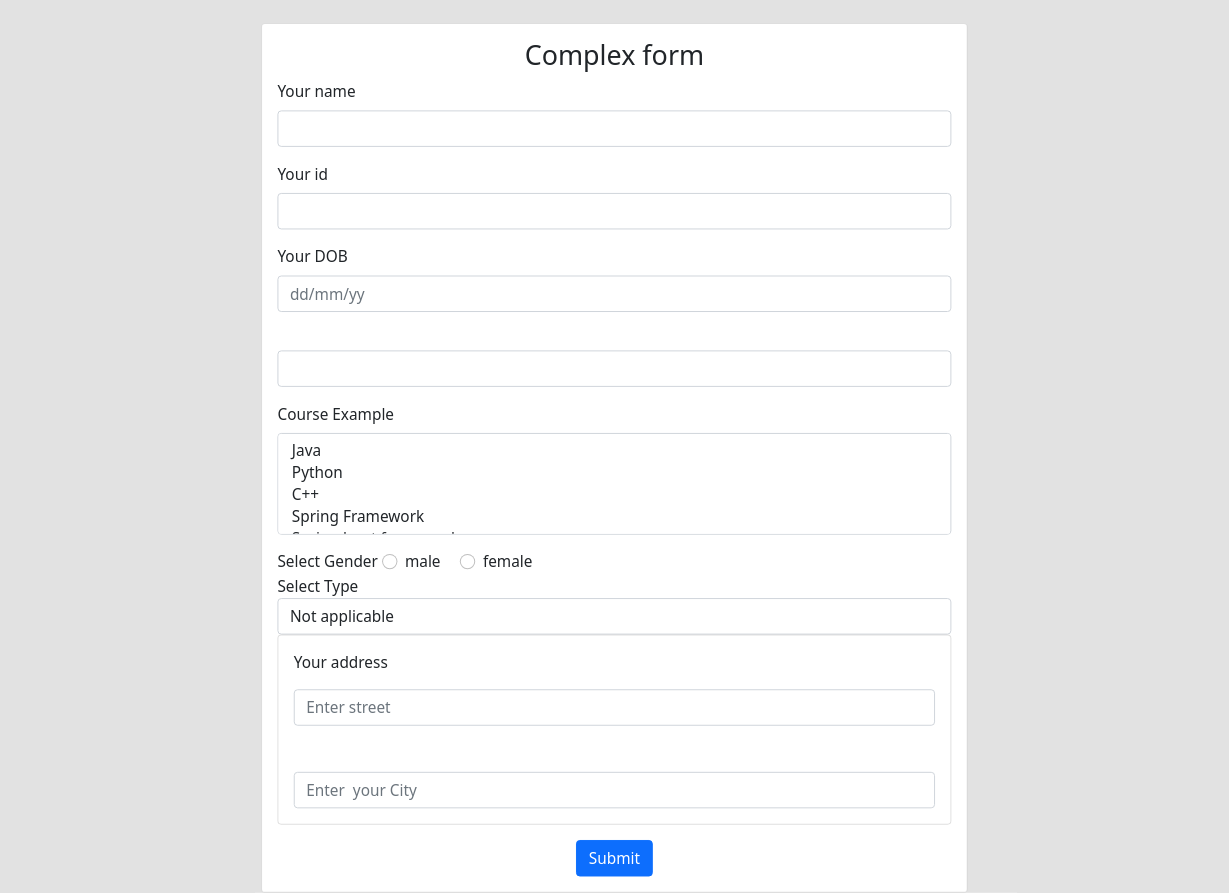
Repository: himanshurai26/Spring-Framewrok-code-
Page: http://localhost/SpringMvcSearch/WEB-INF/views/complex-form.jsp
An editor plug-in stored every save of this project. The page is shown before and after the next save, followed by the edit.
The browser window is 1280 px wide. The pictures show the whole page, at 96% of full size.
The page is served by Tomcat 9. Nobody is signed in. Other server files are loaded and not shown. The template is opened directly, without the code that normally fills it, so the values that code supplies are empty.

Above is the page before, as saved 2023-07-28 18:13:40.

### SpringMVC/SpringMvcSearch/src/main/webapp/WEB-INF/views/complex-form.jsp
<!doctype html>
<html lang="en">
  <head>
    <!-- Required meta tags -->
    <meta charset="utf-8">
    <meta name="viewport" content="width=device-width, initial-scale=1">

    <!-- Bootstrap CSS -->
    <link href="https://cdn.jsdelivr.net/npm/bootstrap@5.0.2/dist/css/bootstrap.min.css" rel="stylesheet" integrity="sha384-EVSTQN3/azprG1Anm3QDgpJLIm9Nao0Yz1ztcQTwFspd3yD65VohhpuuCOmLASjC" crossorigin="anonymous">

    <title>Complex form</title>
  </head>
  <body class="" style="background: #e2e2e2;">

   <div class="container mt-4">

   <div class="row">
   <div class="col-md-8 offset-md-2">
   <div class="card">
   <div class="card-body">
   <h3 class="text-center">Complex form</h3>
   <form action="handleform" method="post" >

   <div class="form-group">

  <div class="mb-3">
    <label for="exampleInputEmail1" class="form-label">Your name</label>
    <input type="text" class="form-control" id="exampleInputEmail1" name="name" aria-describedby="emailHelp">
    </div>

  <div class="mb-3">
    <label for="exampleInputId" class="form-label">Your id</label>
    <input type="text" class="form-control" id="exampleInputPassword1" name="id">
  </div>

  <div class="mb-3">
    <label for="exampleInputEmail1" class="form-label">Your DOB</label>
    <input type="text" class="form-control" id="exampleInputEmail1" name="date"  placeholder="dd/mm/yy" aria-describedby="emailHelp">
    </div>

   <div class="mb-3">
    <label for="exampleInputEmail1" class="form-label"></label>
    <input type="email" class="form-control" id="exampleInputEmail1" name="name" aria-describedby="emailHelp">
    </div>

    <div class="mb-3">
    <label for="formcontrolselect1" class="form-label">Course Example</label>
    <select
    class="form-control" id="exampleInputEmail1" name="subjects"  multiple>
 <option>Java</option>
 <option>Python</option>
 <option>C++</option>
 <option>Spring Framework</option>
 <option>Spring boot framework</option>
 <option>Jsp</option>
 </select>
    </div>

    <div class="form-group">
    <span class="mb-3">Select Gender</span>
    <div class="form-check form-check-inline">
    <input class="form-check-input"  type="radio" name="gender"
    id="inlineRadio1" value="male"><label
    class="form-check-Label" for="inlineRadio1">male
    </label>
    </div>
    <div class="form-check form-check-inline">
    <input class="form-check-input"  type="radio" name="gender"
    id="inlineRadio2" value="male"><label
    class="form-check-Label" for="inlineRadio2">female
    </label>
    </div>

    </div>

    <div class="form-group">
    <label for="">Select Type</label><select class="form-control"
    name="type">
    <option value="notapplicable">Not applicable</option>
    <option value="oldstudent">Old Student</option>
    <option value="normalstudent">Normal Student</option>
    </select>
    </div>

    <div class="card">
    <div class="card-body">


<p>Your address</p>

    <div class="form-group">
    <input type="text" class="form-control" placeholder="Enter street" />
    </div>
  <br><br>
    <div class="form-group">
    <input type="text" class="form-control" placeholder="Enter  your City" />
    </div>
    </div>

    </div>

  <div class="container text-center mt-3">
  <button type="submit" class="btn btn-primary">Submit</button>
</div>

</div>
</form>

   </div>


   </div>

   </div>
   </div>
   </div>
















    <script src="https://cdn.jsdelivr.net/npm/bootstrap@5.0.2/dist/js/bootstrap.bundle.min.js" integrity="sha384-MrcW6ZMFYlzcLA8Nl+NtUVF0sA7MsXsP1UyJoMp4YLEuNSfAP+JcXn/tWtIaxVXM" crossorigin="anonymous"></script>

  </body>
</html>

After the next save:
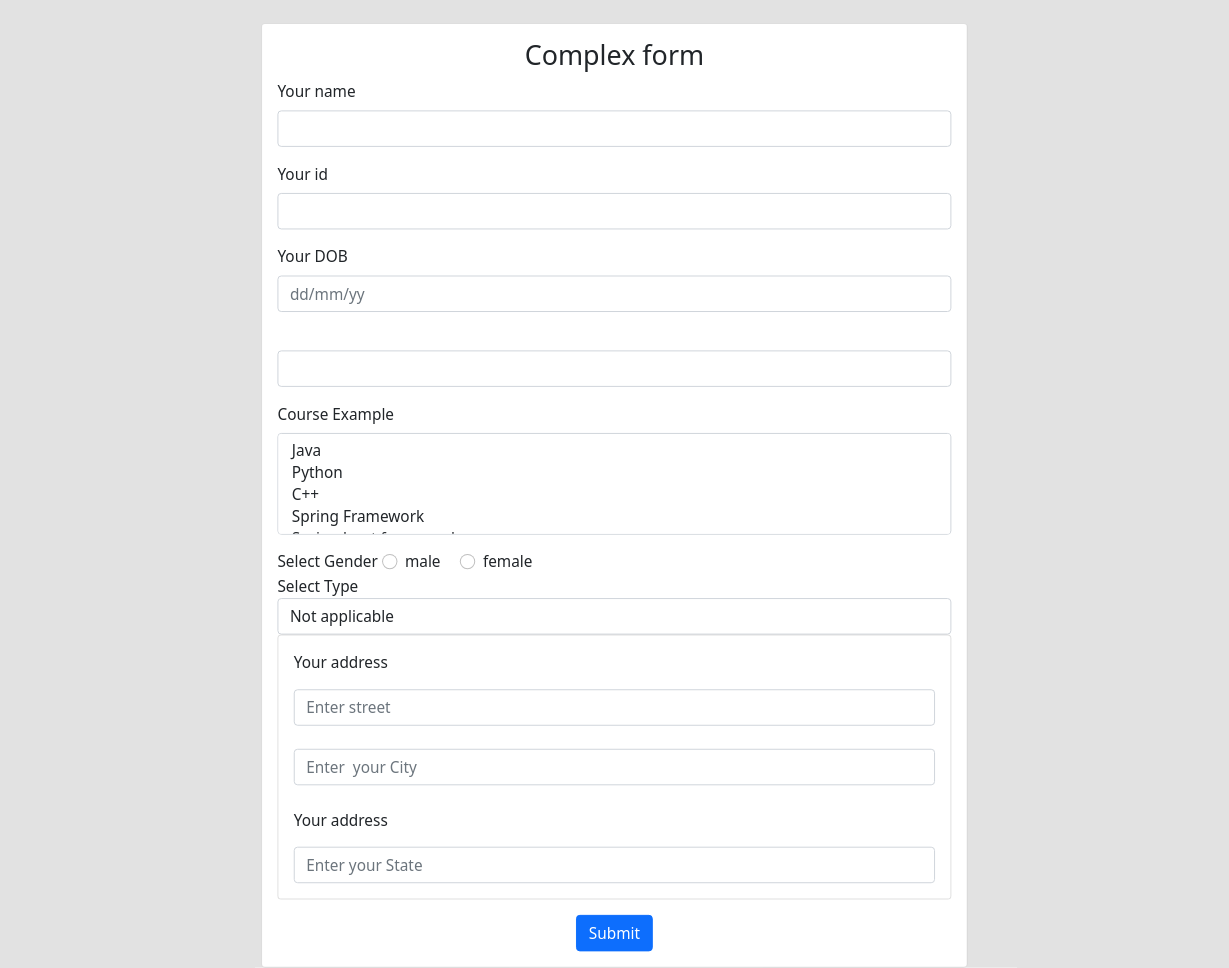
Saved 65 s later.
--- a/SpringMVC/SpringMvcSearch/src/main/webapp/WEB-INF/views/complex-form.jsp
+++ b/SpringMVC/SpringMvcSearch/src/main/webapp/WEB-INF/views/complex-form.jsp
@@ -91,9 +91,15 @@
     <div class="form-group">
     <input type="text" class="form-control" placeholder="Enter street" />
     </div>
-  <br><br>
+  <br>
     <div class="form-group">
     <input type="text" class="form-control" placeholder="Enter  your City" />
+    </div>
+    <br>
+    <p>Your address</p>
+
+    <div class="form-group">
+    <input type="text" class="form-control" placeholder="Enter your State" />
     </div>
     </div>
 
